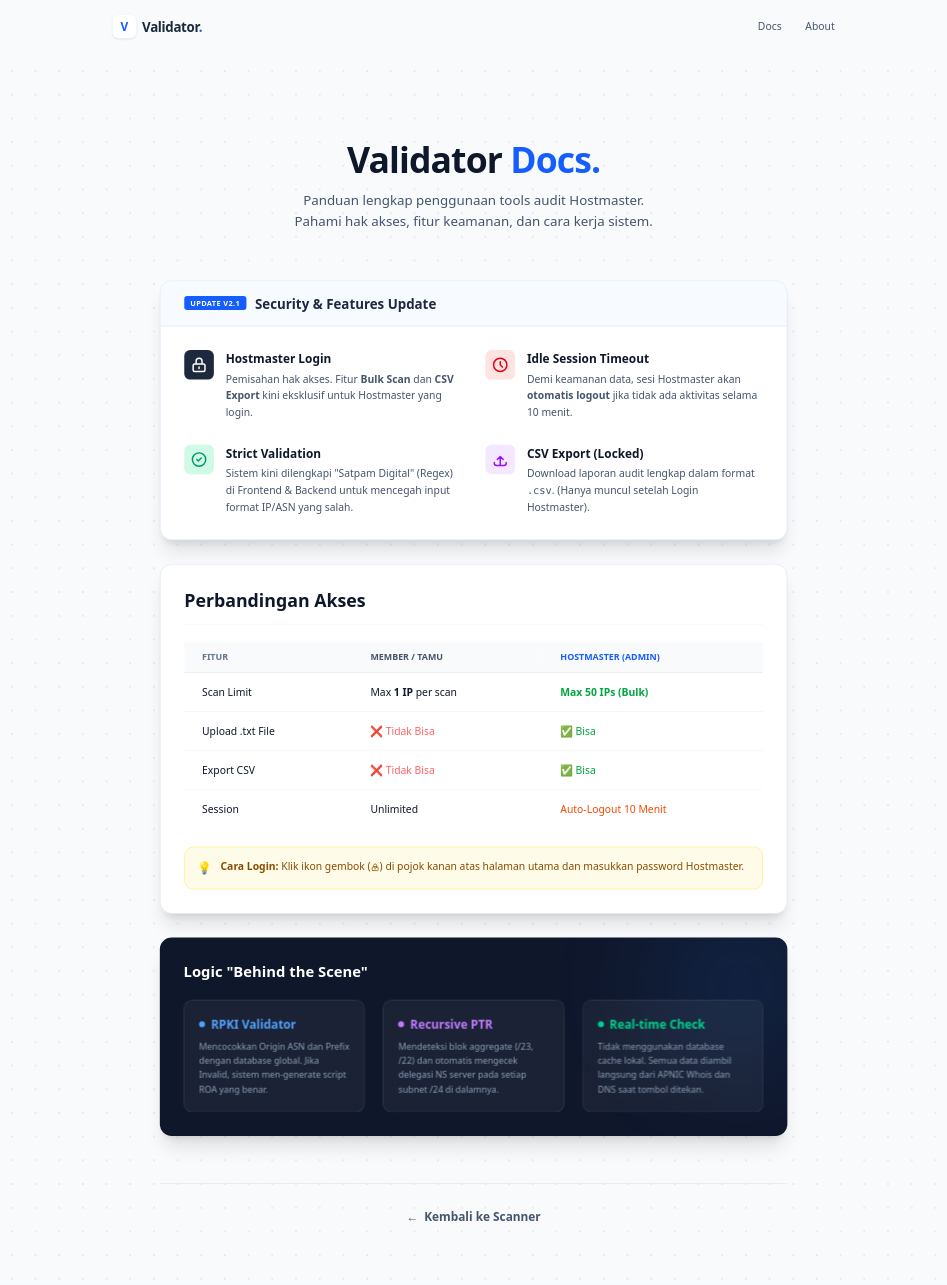
Repository: KilluaProject/resource_validator
Page: /docs
The author's editor kept a copy of each file at every save. The page is drawn from the files as they stood at one save, then again after the next save.
The browser window is 1280 px wide. The pictures show the whole page, at 74% of full size.
The project was rebuilt for these pictures with package versions that can differ from the ones it lists, and the page was loaded fresh each time. The framework's server and built-in components were replaced by stand-ins that run in the browser. Also part of the build but not shown: next.config.ts.

Above is the page before, as saved 2026-01-13 14:08:35.

After the next save:
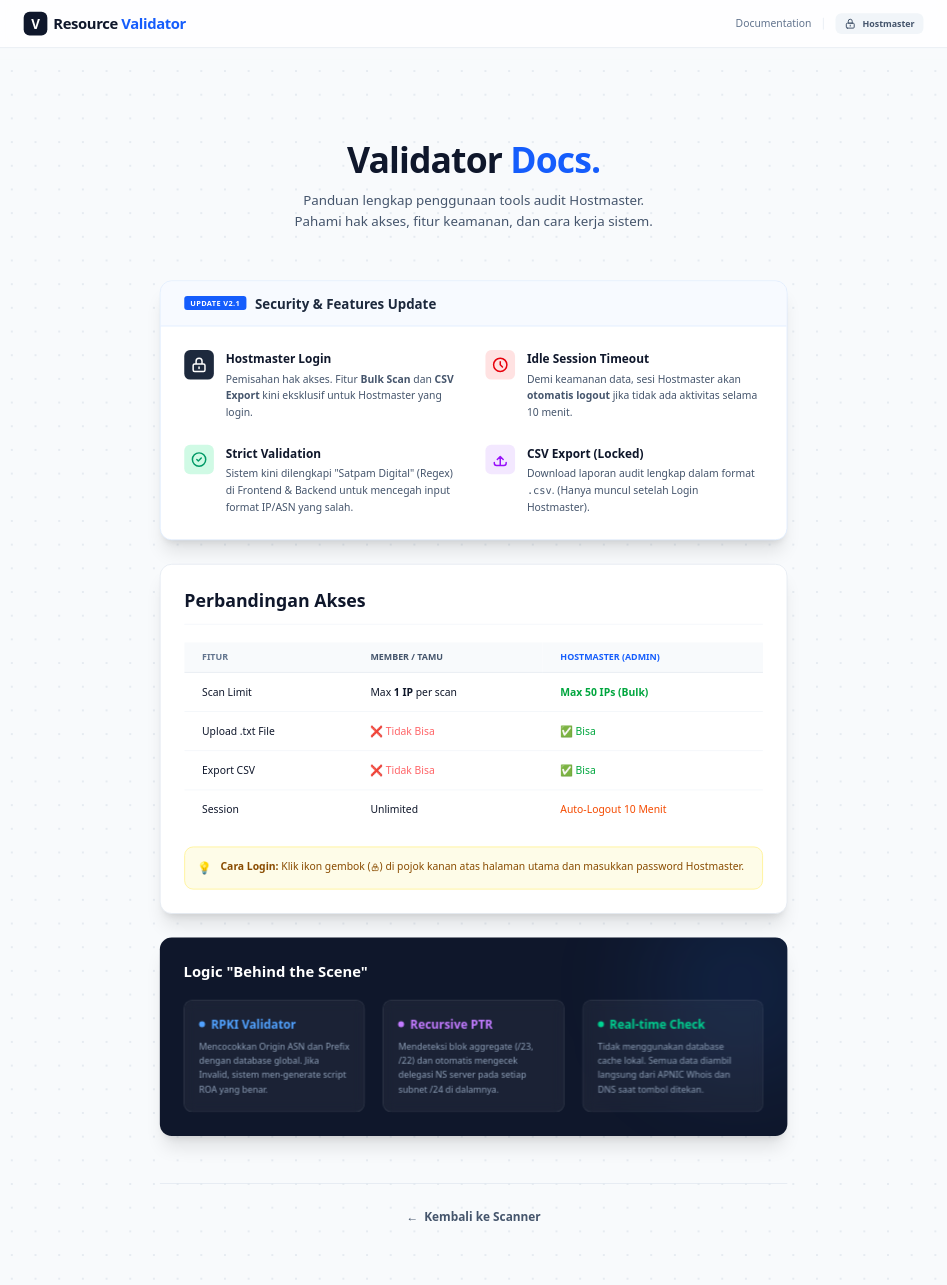
Saved 23 min 24 s later.
--- a/components/Navber.tsx
+++ b/components/Navber.tsx
@@ -1,99 +1,56 @@
-"use client";
-
-import { useState, useEffect } from "react";
 import Link from "next/link";
 
-export default function Navbar() {
-  const [scrolled, setScrolled] = useState(false);
-  const [isOpen, setIsOpen] = useState(false); // State buat Mobile Menu
+interface NavbarProps {
+  isHostmaster: boolean;
+  onLogin: () => void;
+  onLogout: () => void;
+}
 
-  // Deteksi Scroll
-  useEffect(() => {
-    const handleScroll = () => {
-      setScrolled(window.scrollY > 10);
-    };
-    window.addEventListener("scroll", handleScroll);
-    return () => window.removeEventListener("scroll", handleScroll);
-  }, []);
+export default function Navbar({ isHostmaster, onLogin, onLogout }: NavbarProps) {
+  return (
+    <nav className="fixed top-0 left-0 right-0 z-40 bg-white/80 backdrop-blur-md border-b border-slate-200">
+      <div className="max-w-7xl mx-auto px-4 sm:px-6 lg:px-8">
+        <div className="flex items-center justify-between h-16">
 
-  return (
-    <nav
-      className={`fixed top-0 w-full z-50 transition-all duration-300 ease-in-out ${
-        scrolled || isOpen // Kalau discroll ATAU menu dibuka, background jadi putih
-          ? "bg-white/80 backdrop-blur-md border-b border-slate-200 shadow-sm py-3"
-          : "bg-transparent border-b border-transparent py-5"
-      }`}
-    >
-      <div className="max-w-5xl mx-auto px-6 flex items-center justify-between">
+          {/* LOGO */}
+          <div className="flex-shrink-0 flex items-center gap-2 cursor-pointer" onClick={() => window.location.reload()}>
+            <div className="w-8 h-8 bg-slate-900 rounded-lg flex items-center justify-center text-white font-bold text-lg">
+              V
+            </div>
+            <span className="font-bold text-xl tracking-tight text-slate-900">
+              Resource <span className="text-blue-600">Validator</span>
+            </span>
+          </div>
 
-        {/* LOGO */}
-        <Link href="/" className="flex items-center gap-2 group z-50">
-          <div className={`w-8 h-8 rounded-lg flex items-center justify-center font-bold shadow-md transition-all ${
-             scrolled || isOpen
-              ? "bg-gradient-to-br from-blue-600 to-indigo-600 text-white"
-              : "bg-white text-blue-600 shadow-sm"
-          }`}>
-            V
+          {/* RIGHT SIDE: DOCS LINK & LOGIN BUTTON */}
+          <div className="flex items-center gap-4">
+            <Link href="/docs" className="text-sm font-medium text-slate-500 hover:text-blue-600 transition-colors hidden sm:block">
+              Documentation
+            </Link>
+
+            <div className="h-4 w-px bg-slate-200 hidden sm:block"></div>
+
+            {isHostmaster ? (
+              <button
+                onClick={onLogout}
+                className="flex items-center gap-2 bg-red-50 hover:bg-red-100 text-red-600 px-3 py-1.5 rounded-lg text-xs font-bold border border-red-200 transition-all active:scale-95"
+              >
+                <div className="w-2 h-2 bg-red-500 rounded-full animate-pulse"></div>
+                Logout (HM)
+              </button>
+            ) : (
+              <button
+                onClick={onLogin}
+                className="flex items-center gap-2 text-slate-600 hover:text-slate-900 font-bold text-xs bg-slate-100 hover:bg-slate-200 px-3 py-1.5 rounded-lg transition-all active:scale-95"
+              >
+                <svg className="w-4 h-4" fill="none" stroke="currentColor" viewBox="0 0 24 24"><path strokeLinecap="round" strokeLinejoin="round" strokeWidth={2} d="M12 15v2m-6 4h12a2 2 0 002-2v-6a2 2 0 00-2-2H6a2 2 0 00-2 2v6a2 2 0 002 2zm10-10V7a4 4 0 00-8 0v4h8z" /></svg>
+                Hostmaster
+              </button>
+            )}
           </div>
-          <span className={`font-bold tracking-tight text-lg transition-colors ${
-            scrolled || isOpen ? "text-slate-800" : "text-slate-800"
-          }`}>
-            Validator<span className="text-blue-600">.</span>
-          </span>
-        </Link>
 
-        {/* === DESKTOP MENU (Hidden di Mobile) === */}
-        <div className="hidden md:flex gap-8">
-          <Link href="/docs" className="text-sm font-medium text-slate-600 hover:text-blue-600 transition-colors">
-            Docs
-          </Link>
-          <Link href="/about" className="text-sm font-medium text-slate-600 hover:text-blue-600 transition-colors">
-            About
-          </Link>
         </div>
-
-        {/* === MOBILE HAMBURGER BUTTON (Visible di Mobile) === */}
-        <button
-          className="md:hidden p-2 text-slate-600 hover:bg-slate-100 rounded-lg transition-colors focus:outline-none"
-          onClick={() => setIsOpen(!isOpen)}
-        >
-          {isOpen ? (
-            // Icon X (Close)
-            <svg xmlns="http://www.w3.org/2000/svg" className="h-6 w-6" fill="none" viewBox="0 0 24 24" stroke="currentColor">
-              <path strokeLinecap="round" strokeLinejoin="round" strokeWidth={2} d="M6 18L18 6M6 6l12 12" />
-            </svg>
-          ) : (
-            // Icon Hamburger (Menu)
-            <svg xmlns="http://www.w3.org/2000/svg" className="h-6 w-6" fill="none" viewBox="0 0 24 24" stroke="currentColor">
-              <path strokeLinecap="round" strokeLinejoin="round" strokeWidth={2} d="M4 6h16M4 12h16M4 18h16" />
-            </svg>
-          )}
-        </button>
-
       </div>
-
-      {/* === MOBILE MENU DROPDOWN === */}
-      {/* Muncul cuma kalau isOpen = true */}
-      {isOpen && (
-        <div className="md:hidden absolute top-full left-0 w-full bg-white border-b border-slate-200 shadow-lg px-6 py-6 flex flex-col gap-4 animate-in slide-in-from-top-5 duration-200">
-
-          <Link
-            href="/docs"
-            className="text-base font-semibold text-slate-700 hover:text-blue-600 py-2 border-b border-slate-50"
-            onClick={() => setIsOpen(false)}
-          >
-            📚 Dokumentasi
-          </Link>
-          <Link
-            href="/about"
-            className="text-base font-semibold text-slate-700 hover:text-blue-600 py-2"
-            onClick={() => setIsOpen(false)}
-          >
-            👤 About Project
-          </Link>
-        </div>
-      )}
-
     </nav>
   );
 }
